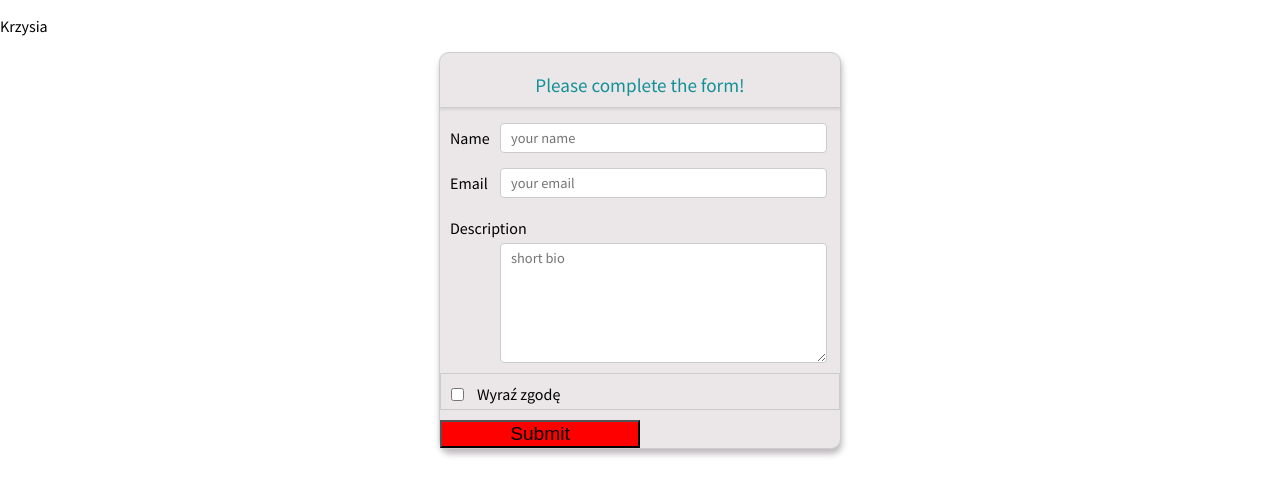
Repository: KrzysKolo/sr_tydzien4_zad2
Page: /
An editor plug-in stored every save of this project. The page is shown before and after the next save, followed by the edit.
The browser window is 1280 px wide. The pictures show the whole page.
The project was rebuilt for these pictures with package versions that can differ from the ones it lists, and the page was loaded fresh each time. Also part of the build but not shown: src/components/formComponents/ErrorMessage.js, src/components/formComponents/Message.js.

Above is the page before, as saved 2020-11-27 21:02:40.

### src/index.css
@import url("https://fonts.googleapis.com/css?family=Source+Sans+Pro");
body {
  margin: 0;
  font-family: "Source Sans Pro", sans-serif;
}

code {
  font-family: source-code-pro, Menlo, Monaco, Consolas, "Courier New",
    monospace;
}

### src/App.js
import React from 'react'
import Form from './components/Form';

function App() {
  return (
    <div>
      <p>Krzysia</p>
      <Form />
    </div>
  )
}

export default App

### src/components/Form.js
import React, { Component } from 'react';
import Input from './formComponents/Input';
import TextArea from './formComponents/TextArea';
import Checkbox from './formComponents/Checkbox';
import Button from './formComponents/Button';
import Header from './formComponents/Header';
import Message from './formComponents/Message';
import styled from 'styled-components';

const ContainerForm = styled.form`
width: 80%;
max-width: 400px;
background: rgb(235, 231, 232);
border: 1px solid rgb(206, 204, 204);
border-radius: 10px;
box-shadow: 1px 5px 6px rgb(189, 185, 189);
margin: 0 auto;
`;

class Form extends Component {

state = {
    Name: '',
    Email: '',
    Description: '',
    accept: false,
    message: '',
    errors: {
        Name: false,
        Email: false,
        Description: false,
        accept: false,
        }
}
message = {
    Name_incorrect: "Nazwa musi być dłuższa niż 5 znaków i nie może zawierać spacji",
    Email_incorrect: "Brak @ lub adres zawiera spacje",
    Description_incorrect: "Opis musi zawierać co najmniej 3 znaki",
    accept_incorrect: "Nie potwierdziłeś regulaminu",
}

handleChange = e =>{
    const inputName = e.target.name;
    const type = e.target.type
    if(type === "text" || type === "email" ) {
        const value = e.target.value;
        this.setState({
            [inputName] : value,
        })
    } else if (type === "checkbox") {
      const checked = e.target.checked;
      console.log(checked);
      this.setState({
        [inputName]: checked,
      })
    }
}
onSubmit = e => {
    e.preventDefault();
    const validation = this.formValidation();
    if(validation.correct) {
      this.setState({
        Name: "",
        Email: "",
        Description: '',
        accept: false,
        message: "The form has been submitted!",
        errors: {
          Name: false,
          Email: false,
          Description: false,
          accept: false,
        }
      })
      console.log(this.state.message);
    } else {
      this.setState({
        errors: {
          Name: !validation.Name,
          Email: !validation.Email,
          Description: !validation.Description,
          accept: !validation.accept,
        }
      })
    }
}

formValidation = () => {
    let Name = false;
    let Email = false;
    let Description = false;
    let accept = false;
    let correct = false;
    if(this.state.Name.length > 5) {
      Name = true;
    }
    if(this.state.Email.indexOf('@') !== -1 && this.state.Email.lastIndexOf(' ') === -1) {
      Email = true;
    }
    if(this.state.Description.length >= 3) {
      Description = true;
    }
    if(this.state.accept) {
      accept = true;
    }
    if (Name && Email && Description && accept){
        correct = true;
      }
   return ({
      Name,
      Email,
      Description,
      correct,

    })

  }

    render () {

    return (
        <ContainerForm onSubmit={this.onSubmit} noValidate>
          <Header />
          <Input type="text" placeholder="your name" value={this.state.Name} name="Name" onChange={this.handleChange} errorInfo={this.state.errors.Name} message={this.message.Name_incorrect} />
          <Input type="email" placeholder="your email" value={this.state.Email} name="Email" onChange={this.handleChange} errorInfo={this.state.errors.Email} message={this.message.Email_incorrect} />
          <TextArea  type="text" rows="6" placeholder="short bio" value={this.state.Description} name="Description" onChange={this.handleChange} errorInfo={this.state.errors.Description} message={this.message.Description_incorrect} />
          <Checkbox  type="checkbox" name="accept" checked={this.state.accept}  onChange={this.handleChange} errorInfo={this.state.errors.accept} message={this.message.accept_incorrect} />
          <Button type="submit" />
          {this.state.message && <Message message={this.state.message} /> }
        </ContainerForm>
    )
    }
}

export default Form

### src/components/formComponents/Input.js
import React from 'react'
import styled from 'styled-components';
import ErrorMessage from './ErrorMessage';
const InputDiv = styled.div`
    display: flex;
    flex-direction: row;
    align-content: center;
    margin: 0 auto;
    padding-top: 5px;

`;
const InputLabel = styled.label`
    width: 10%;
    font-size: 1rem;
    padding: 5px 10px;
`;
const inputStyles = errorInfo => `
    width: 80%;
    max-width: 305px;
    padding: 5px 10px;
    border: 1px solid ${errorInfo ? '#d3170d' : '#ccc'};
    border-radius: 4px;
    font-family: inherit;
    font-size: 0.9rem;
    ${!errorInfo && 'margin-bottom: 10px;'}
`;
const InputError = styled.input`
    ${props => inputStyles(props.errorInfo)}
`;

const TextArea = (props) => {
    const { name, message, errorInfo }= props;
    return (
        <>
            <InputDiv>
                <InputLabel htmlFor={name} >{name} </InputLabel>
                <InputError id={name} {...props} errorInfo={errorInfo} message={message}/>
            </InputDiv>
            {errorInfo && <ErrorMessage message={message} /> }
        </>
    )

}

export default TextArea;

### src/components/formComponents/TextArea.js
import React from 'react'
import styled from 'styled-components';
import ErrorMessage from './ErrorMessage';

const TextAreaDiv = styled.div`
    display: flex;
    flex-direction: column;
    align-content: center;
    margin: 0 auto;
    padding-top: 5px;

`;
const TextAreaLabel = styled.label`
    width: 10%;
    font-size: 1rem;
    padding: 5px 10px;
`;
const textAreaStyles = errorInfo => `
    width: 80%;
    max-width: 305px;
    margin: 0 auto 0 15%;
    padding: 5px 10px;
    border: 1px solid ${errorInfo ? '#d3170d' : '#ccc'};
    border-radius: 4px;
    font-family: inherit;
    font-size: 0.9rem;
    ${!errorInfo && 'margin-bottom: 10px;'}
`;
const TextAreaError = styled.textarea`
    ${props => textAreaStyles(props.errorInfo)}
`;

const Input = (props) => {
    const { name, message, errorInfo }= props;
    return (
        <>
            <TextAreaDiv>
                <TextAreaLabel htmlFor={name}>{name} </TextAreaLabel>
                <TextAreaError id={name} {...props} errorInfo={errorInfo} message={message}/>
            </TextAreaDiv>
            {errorInfo && <ErrorMessage message={message} /> }
        </>
    )

}

export default Input;

### src/components/formComponents/Checkbox.js
import React from 'react'
import styled from 'styled-components';
import ErrorMessage from './ErrorMessage';

const CheckboxDiv = styled.div`
    display: flex;
    flex-direction: row;
    align-items: center;
    margin: 0 auto;
    padding-top: 5px;
    ${props => checkboxDivStyles(props.errorInfo)}
`;
const CheckboxDivLabel = styled.label`
    font-size: 1rem;
    padding: 5px 10px;
`;
const checkboxDivStyles = errorInfo => `
    border: 1px solid ${errorInfo ? '#d3170d' : '#ccc'};
    ${!errorInfo && 'margin-bottom: 10px;'}
`;
const CheckboxDivError = styled.input`
    margin-left: 10px;
`;

const Checkbox = (props) => {
    const { name, message, errorInfo }= props;
    return (
        <>
            <CheckboxDiv>
                <CheckboxDivError id={name} {...props} errorInfo={errorInfo} message={message}/>
                <CheckboxDivLabel htmlFor={name}>Wyraź zgodę </CheckboxDivLabel>
            </CheckboxDiv>
            {errorInfo && <ErrorMessage message={message} /> }
        </>
    )

}

export default Checkbox;

### src/components/formComponents/Button.js
import React from 'react'
import styled from 'styled-components';

const BtnSubmit = styled.button`
 width: 200px;
 background: red;
 font-size: 1.2rem;
`;

const Button = () => {
    return (
        <BtnSubmit>Submit</BtnSubmit>
    )
}

export default Button;

### src/components/formComponents/Header.js
import React from 'react';
import styled from 'styled-components';

const HeaderTitle = styled.header`
    border-bottom: 1px solid rgb(206, 204, 204);
    box-shadow: 0 2px 2px rgba(189, 185, 189, 0.4);
    color: rgb(19, 144, 150);
    font-size: 1.2rem;
    font-wight: 900;
    padding: 10px;
    margin: 10px auto;
    text-align: center;

`;

const Header = () => {
    return (
        <HeaderTitle>
            Please complete the form!
        </HeaderTitle>
    )
}

export default Header;

Loaded but not shown: public/index.html (common file); src/index.js (common file)

After the next save:
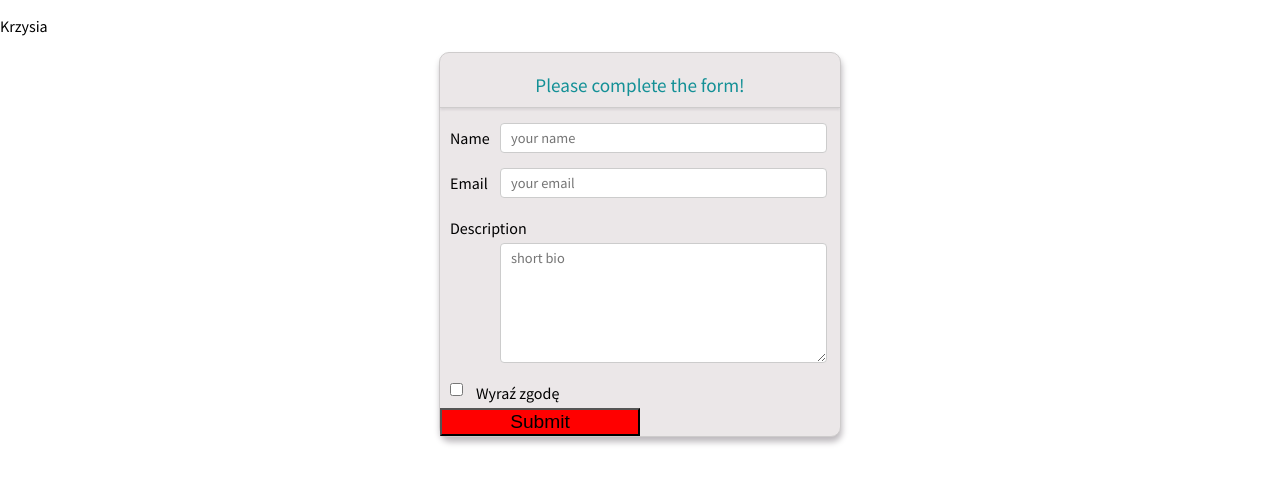
Saved 77 s later.
--- a/src/components/formComponents/Checkbox.js
+++ b/src/components/formComponents/Checkbox.js
@@ -8,7 +8,7 @@ const CheckboxDiv = styled.div`
     align-items: center;
     margin: 0 auto;
     padding-top: 5px;
-    ${props => checkboxDivStyles(props.errorInfo)}
+
 `;
 const CheckboxDivLabel = styled.label`
     font-size: 1rem;
@@ -20,6 +20,7 @@ const checkboxDivStyles = errorInfo => `
 `;
 const CheckboxDivError = styled.input`
     margin-left: 10px;
+    ${props => checkboxDivStyles(props.errorInfo)}
 `;
 
 const Checkbox = (props) => {
